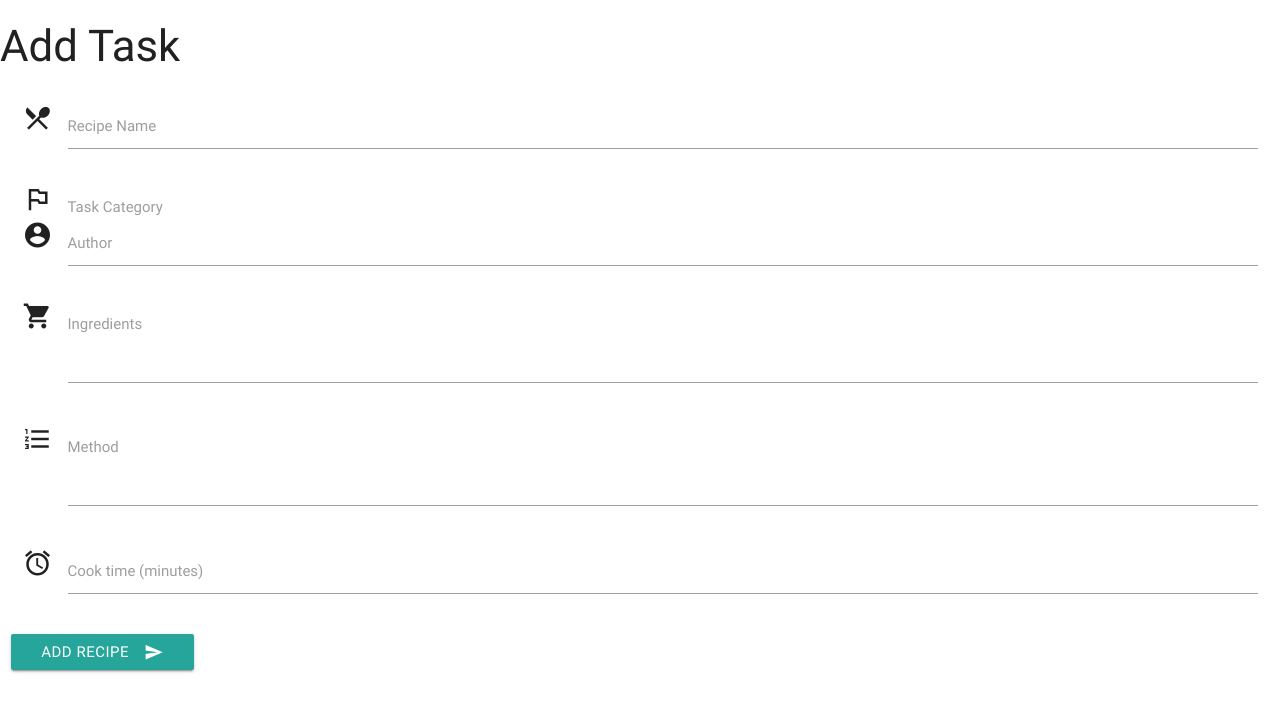
Repository: nakitamccool/francisillingworth-milestone-project-3
Page: http://localhost/
The author's editor kept a record of every edit. The page is drawn from the files as they stood at one moment, then again after the next edit.
The browser window is 1280 px wide. The pictures show the whole page.
The page is served by the project's application, run on Flask 3 (app.py). Queries for data that is not in the repository find no rows.

Above is the page before.

After the next edit:
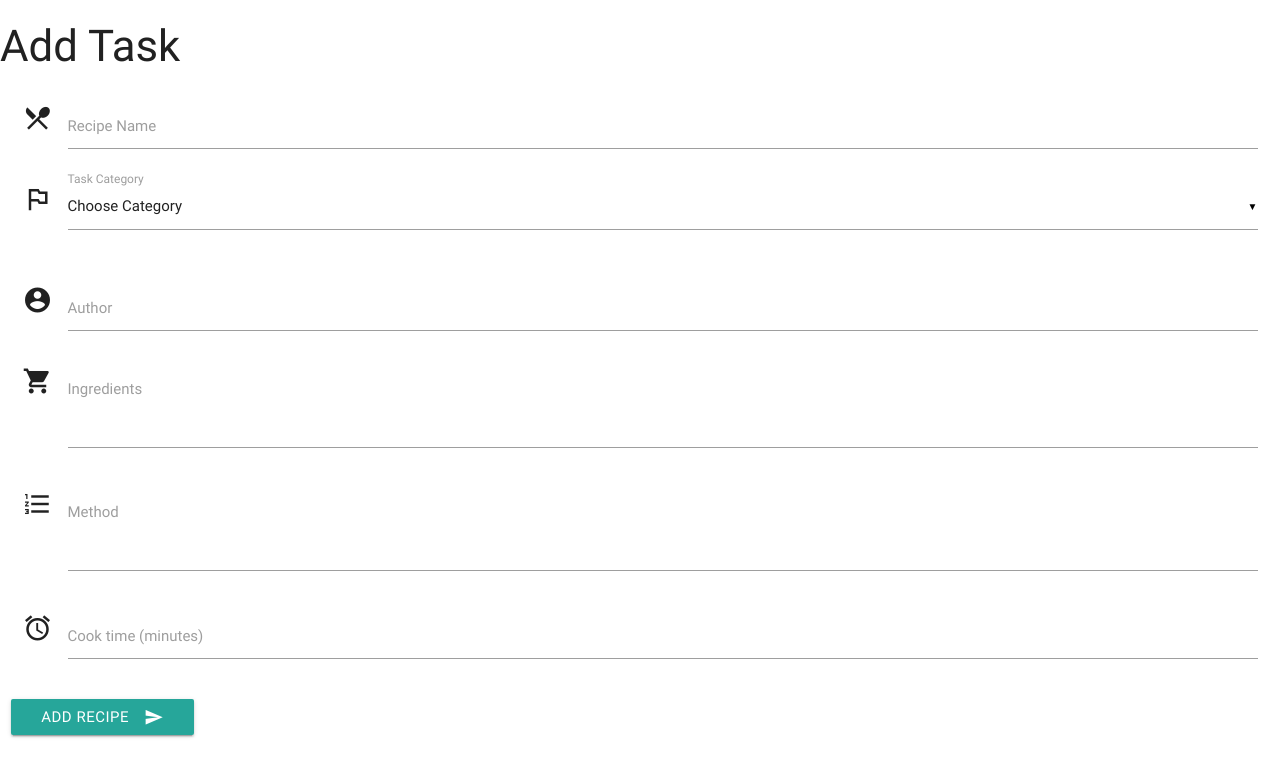
The edit:
--- a/templates/base.html
+++ b/templates/base.html
@@ -16,6 +16,7 @@
     <script type="text/javascript">
          $(document).ready(function(){
     $('.collapsible').collapsible();
+    $('select').material_select();
   });
 
     </script>
